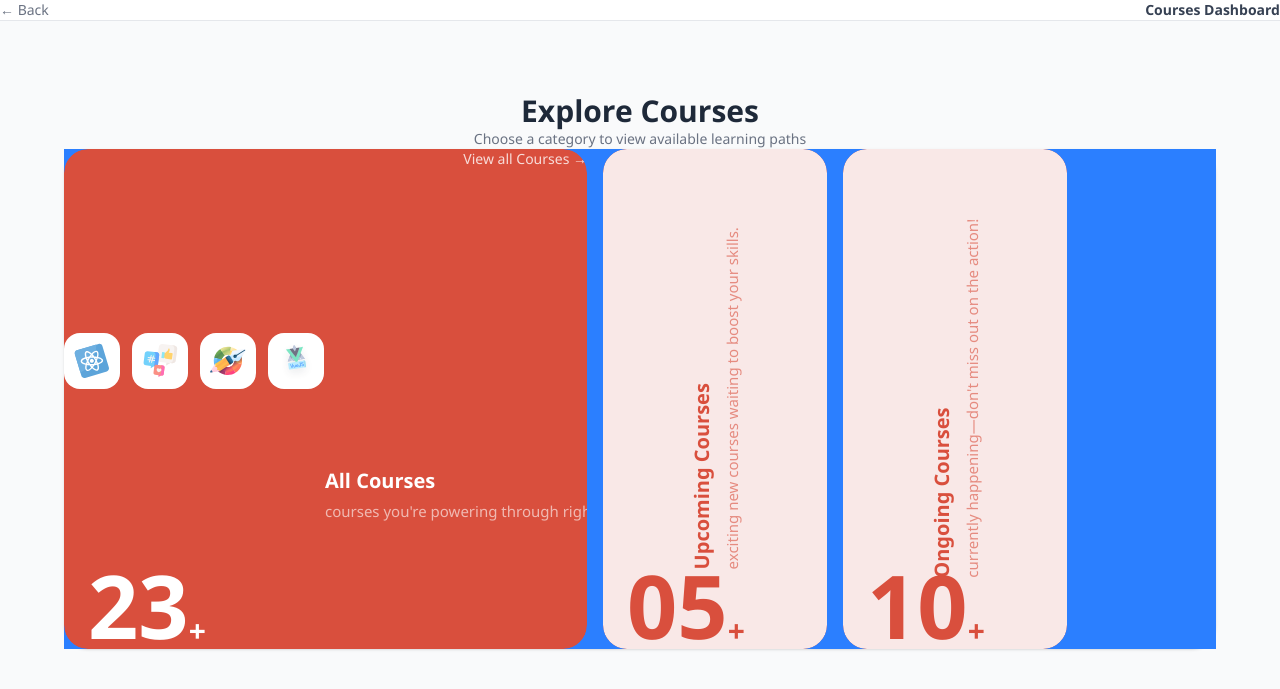
Repository: RahulRajKhadka/nextjs-dashboard-app
Page: /task2
These files come from the project's save history. The page is drawn as it stood at one moment and after the next save; the edit follows.
The browser window is 1280 px wide. The pictures show the whole page.
The project was rebuilt for these pictures with package versions that can differ from the ones it lists, and the page was loaded fresh each time. The framework's server and built-in components were replaced by stand-ins that run in the browser. Also part of the build but not shown: next.config.ts.

Above is the page before, as saved 2026-04-10 12:16:33.

After the next save:
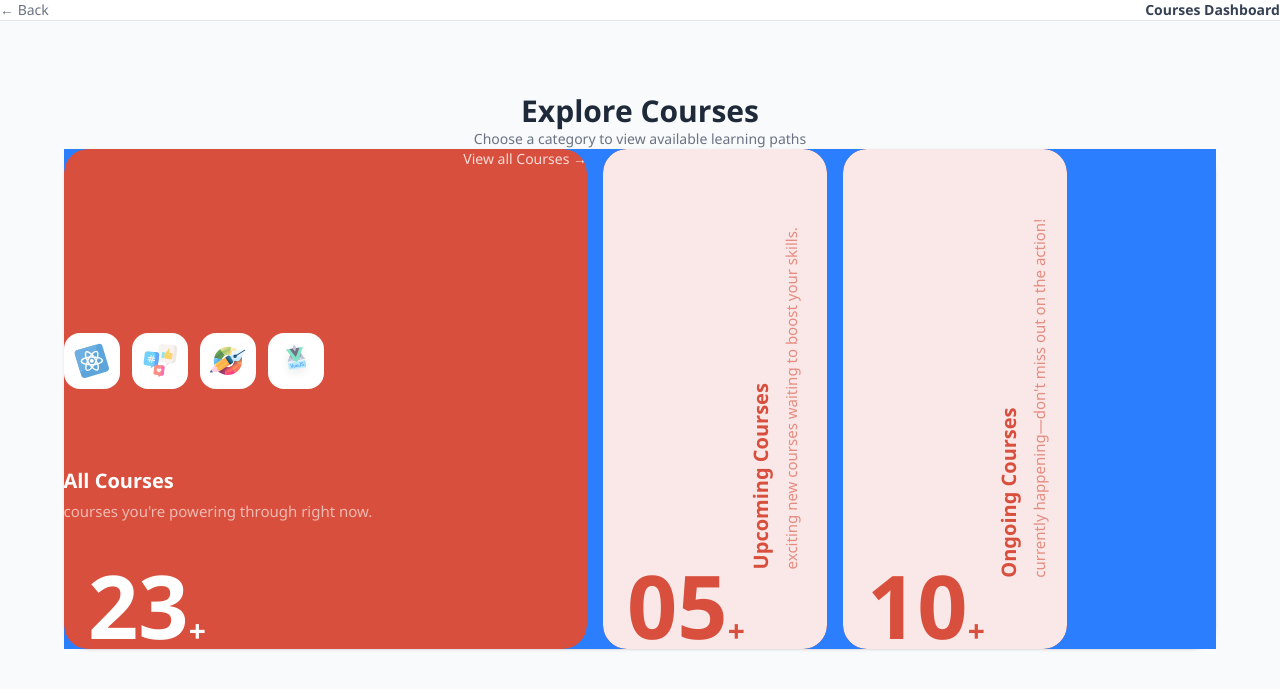
Saved 5 min 28 s later.
--- a/src/components/task2/CourseCard.tsx
+++ b/src/components/task2/CourseCard.tsx
@@ -157,7 +157,7 @@ export default function CourseCard({
       </div>
 
       {/* SINGLE LABEL — always center, rotates and travels on expand */}
-      <div className="absolute inset-0 z-[4] flex items-center justify-center pointer-events-none">
+      <div className="absolute inset-0 z-[4] flex items-center  pointer-events-none">
         <div
           ref={collapsedLabelRef}
           className="flex flex-col gap-1"
